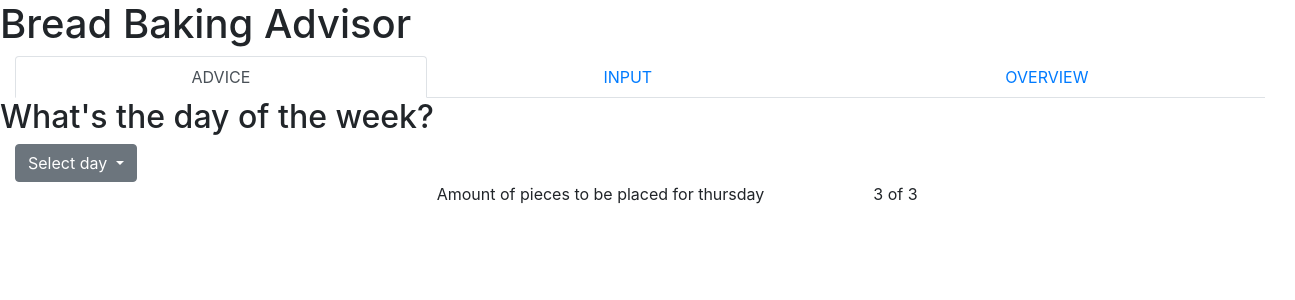
Repository: MarthGimenzo/bread-baking-advisor
Page: index.html
The author's editor kept a record of every edit. The page is drawn from the files as they stood at one moment, then again after the next edit.
The browser window is 1280 px wide. The page is 1295 px wide, so the pictures cover 1295 px, including what lies to the right of the window. The pictures show the whole page.

Above is the page before.

After the next edit:
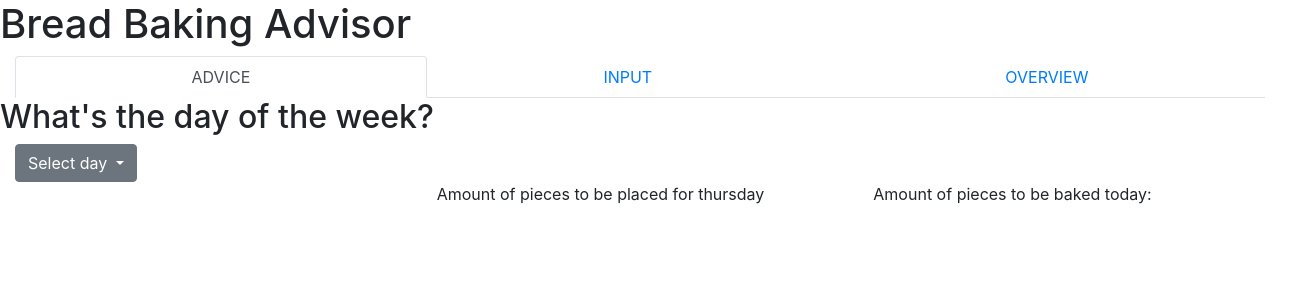
The edit:
--- a/index.html
+++ b/index.html
@@ -52,7 +52,7 @@
       Amount of pieces to be placed for thursday
     </div>
     <div class="col-4">
-      3 of 3
+      Amount of pieces to be baked today:
     </div>
   </div>
   </div>
